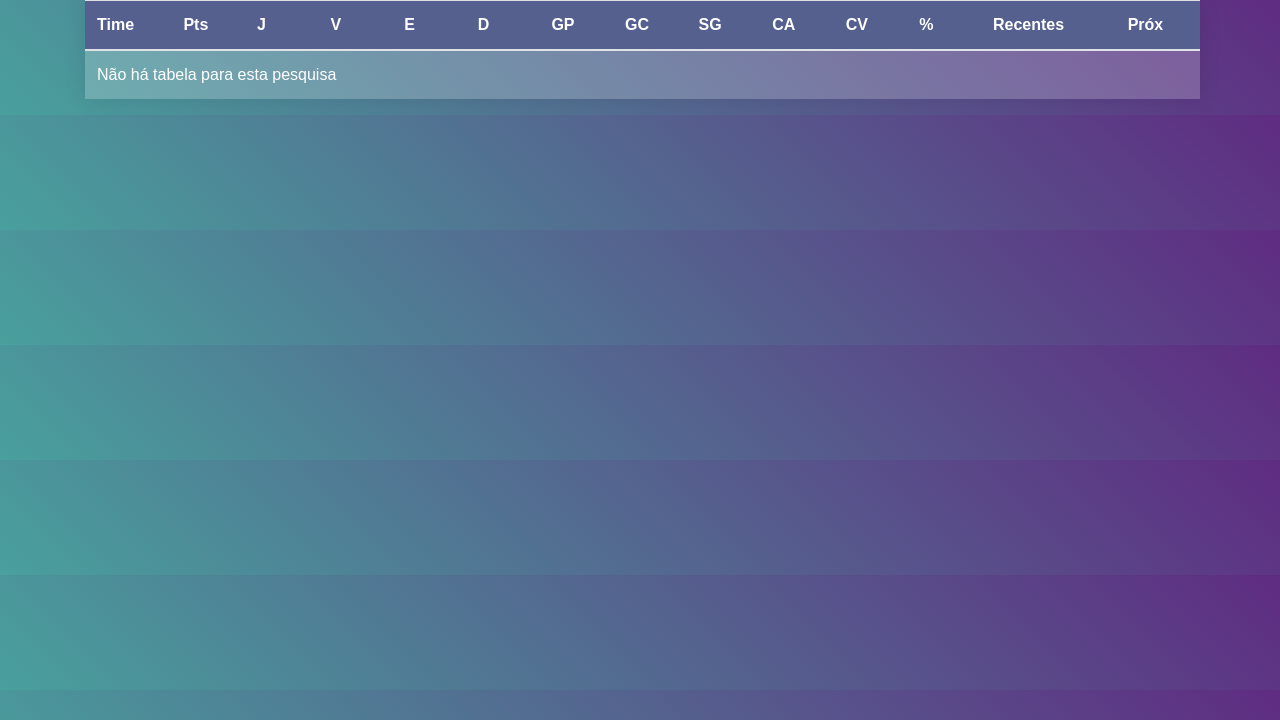
Repository: danielvieira7/campeonato-brasileiro-embed
Page: index.html
These files come from the project's save history. The page is drawn as it stood at one moment and after the next save; the edit follows.
The browser window is 1280 px wide. The pictures show the whole page.
The page's requests for data from a server got no answer. Some web libraries are served in a nearby version.

Above is the page before, as saved 2021-02-12 00:16:35.

After the next save:
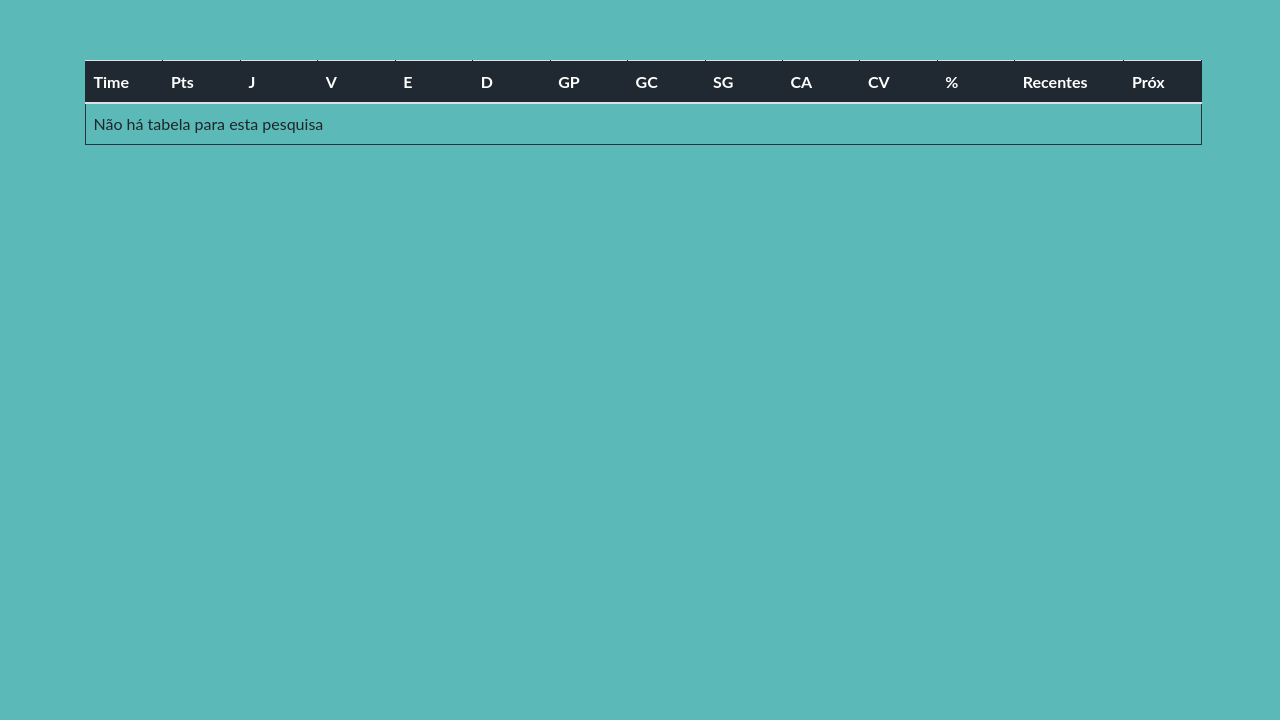
Saved 29 s later.
--- a/index.html
+++ b/index.html
@@ -9,7 +9,7 @@
     <!-- Bootstrap CSS -->
     <link rel="stylesheet" href="https://stackpath.bootstrapcdn.com/bootstrap/4.3.1/css/bootstrap.min.css" integrity="sha384-ggOyR0iXCbMQv3Xipma34MD+dH/1fQ784/j6cY/iJTQUOhcWr7x9JvoRxT2MZw1T" crossorigin="anonymous">
     <!-- <link rel="stylesheet" href="//cdn.datatables.net/1.10.23/css/jquery.dataTables.min.css"> -->
-    <link rel="stylesheet" href="style.css">
+    <link rel="stylesheet" href="style-dark-theme.css">
 </head>
 <body>
 
